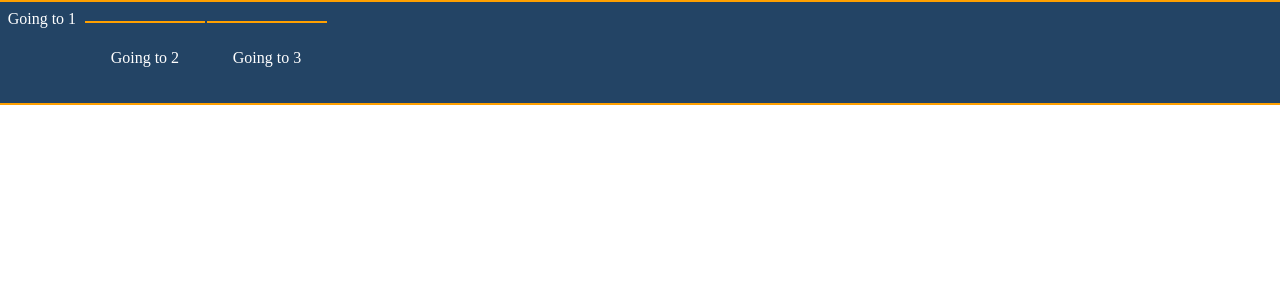
Repository: vsterev/origami
Page: /
The author's editor kept a copy of each file at every save. The page is drawn from the files as they stood at one save, then again after the next save.
The browser window is 1280 px wide. The pictures show the whole page.
The project was rebuilt for these pictures with package versions that can differ from the ones it lists, and the page was loaded fresh each time.

Above is the page before, as saved 2020-07-12 08:34:09.

After the next save:
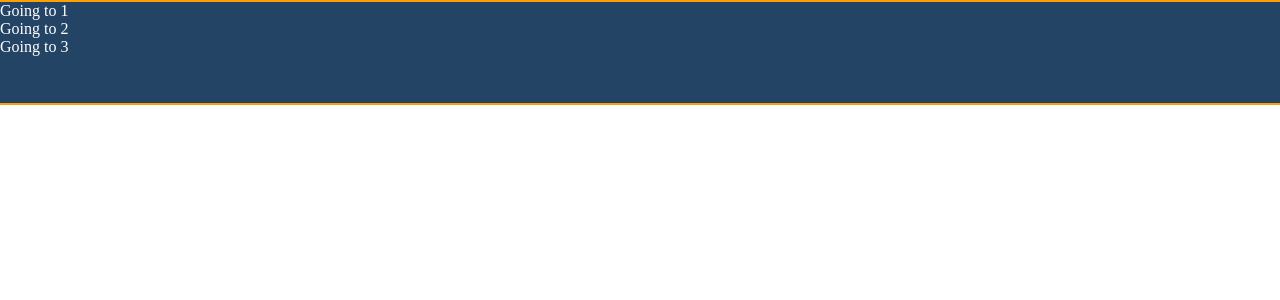
Saved 16 min 13 s later.
--- a/src/components/header/index.js
+++ b/src/components/header/index.js
@@ -4,11 +4,11 @@
 
 function Header() {
     return (
-        <nav className="Navigation">
+        <header className="Navigation">
             <Link to="/home">Going to 1</Link>
             <Link to="/">Going to 2</Link>
             <Link to="/ew">Going to 3</Link>
-        </nav>
+        </header>
     )
 }
 export default Header

After the save that followed:
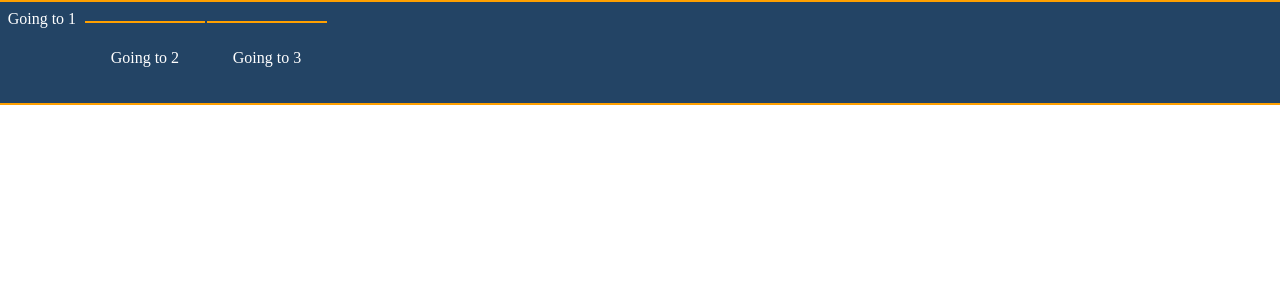
Saved 36 s later.
--- a/src/components/link/styles.css
+++ b/src/components/link/styles.css
@@ -1,9 +1,9 @@
-nav .listItem a {
+header .listItem a {
     color: white;
     text-decoration: none;
 }
 
-nav .listItem, footer .listItem {
+header .listItem, footer .listItem {
     display: inline-block;
     height: auto;
     margin-right: 2%;
@@ -13,13 +13,13 @@
     vertical-align: top;
 }
 
-nav .listItem:not(:first-child) {
+header .listItem:not(:first-child) {
     padding: 2%;
     margin-top: 1.5%;
     border-top: 2px solid #ffa000;
 }
 
-nav .listItem:hover {
+header .listItem:hover {
     border-top: none;
     border-bottom: 2px solid #ffa000;
     font-weight: bold;
